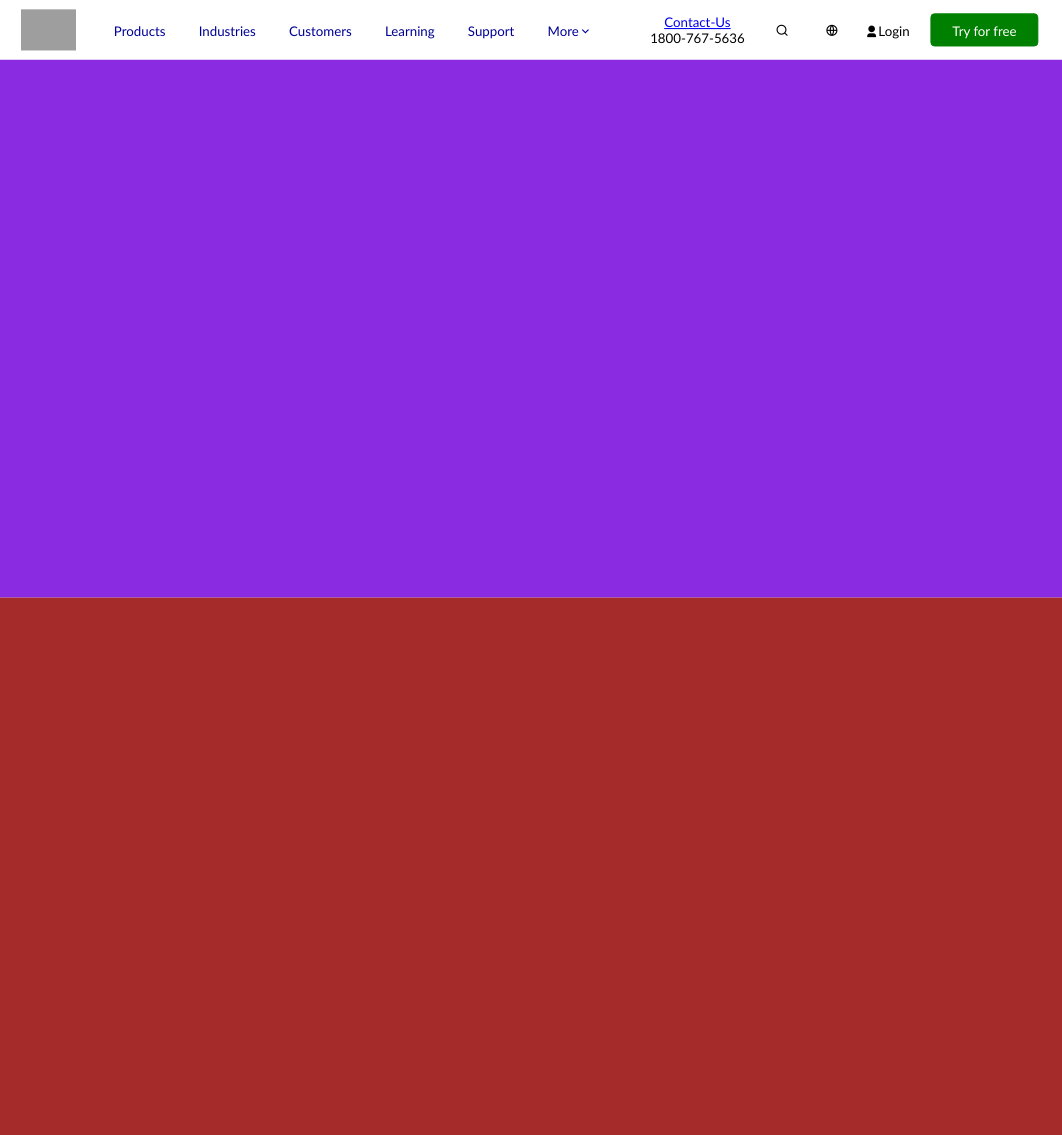
Repository: Chiranshukapil/html_css
Page: salesforce/index.html
An editor plug-in stored every save of this project. The page is shown before and after the next save, followed by the edit.
The browser window is 1280 px wide. The pictures show the whole page, at 83% of full size.
Pictures or frames that could not be fetched are drawn as grey boxes.

Above is the page before, as saved 2024-06-09 23:48:10.

### salesforce/index.html
<!DOCTYPE html>
<html lang="en">
    <head>
        <meta charset="UTF-8">
        <meta name="viewport" content="width=device-width, initial-scale=1.0">
        <title>Salesforce</title>
        <link rel="stylesheet" href="style.css">
        <link href="https://cdn.jsdelivr.net/npm/remixicon@4.2.0/fonts/remixicon.css" rel="stylesheet" />
    </head>
    <body>
        <div id="main">
            <div id="header">
                <div id="logo">
                    <img src="https://a.sfdcstatic.com/shared/images/c360-nav/salesforce-with-type-logo.svg" >
                </div>
                <div class="texts"><p>Products</p></div>
                <div class="texts"><p>Industries</p></div>
                <div class="texts"><p>Customers</p></div>
                <div class="texts"><p>Learning</p></div>
                <div class="texts"><p>Support</p></div>
                <div class="texts">
                    <p>More</p>
                    <p><i class="ri-arrow-down-s-line"></i></p>
                </div>
                <div id="contact">
                    <a  href="https://www.google.com/"><u>Contact-Us</u></a>
                    <p>1800-767-5636</p>
                </div>
                <div id="icon1" class="icon"><i class="ri-search-line"></i></div>
                <div class="icon"><i class="ri-global-line"></i></div>
                <div id="login">
                    <p><i class="ri-user-3-fill"></i></p>
                    <p>Login</p>
                </div>
                <div id="try">Try for free</div>
            </div>
            <div id="fakeheader"></div>
            <div id="page1"></div>
            <div id="page2"></div>
        </div>
    </body>
</html>

### salesforce/style.css
*{
    margin: 0%;
    padding: 0%;
    box-sizing: border-box;
    font-family: 'Gill Sans MT';
}

html,body{
    height: 100%;
    width: 100%;

}

#main{
    height: 100%;
    width: 100%;

}

#header{
    height: 10%;
    width: 100%;
    position: fixed;
    display: flex;
    align-items: center;
    /* font-size: large; */
}

#logo{
    margin: 25px;
    height: 70%;
}

#logo img{
    width: 100%;
    height: 100%;
}

#contact{
    text-align: center;
    margin-left: 50px;

}

.icon{
    width: 30px;
    height: 30px;
    display: flex;
    align-items: center;
    justify-content: center;
    /* border: 1px solid;
    border-radius: 50%; */
    margin-left: 30px;
}

.icon:hover{
    border: 1px solid rgb(188, 255, 255);
    border-radius: 50%;
    background-color:rgb(188, 255, 255);
}

#login{
    margin: 25px;
    display: flex;
}

#try{
    width: 130px;
    height: 40px ;
    color: white;
    display: flex;
    align-items: center;
    justify-content: center;
    background-color: green;
    border: 1px solid green;
    border-radius: 5px;
}

.texts{
    color: rgb(0, 0, 147);
    margin: 20px;
    display: flex;
}

.texts:hover{
    color: rgb(113, 113, 243);
}

#fakeheader{
    height: 10%;
    width: 100%;
}

#page1{
    height: 90%;
    width: 100%;
    background-color: blueviolet;
}
#page2{
    height: 90%;
    width: 100%;
    background-color: brown;
}

After the next save:
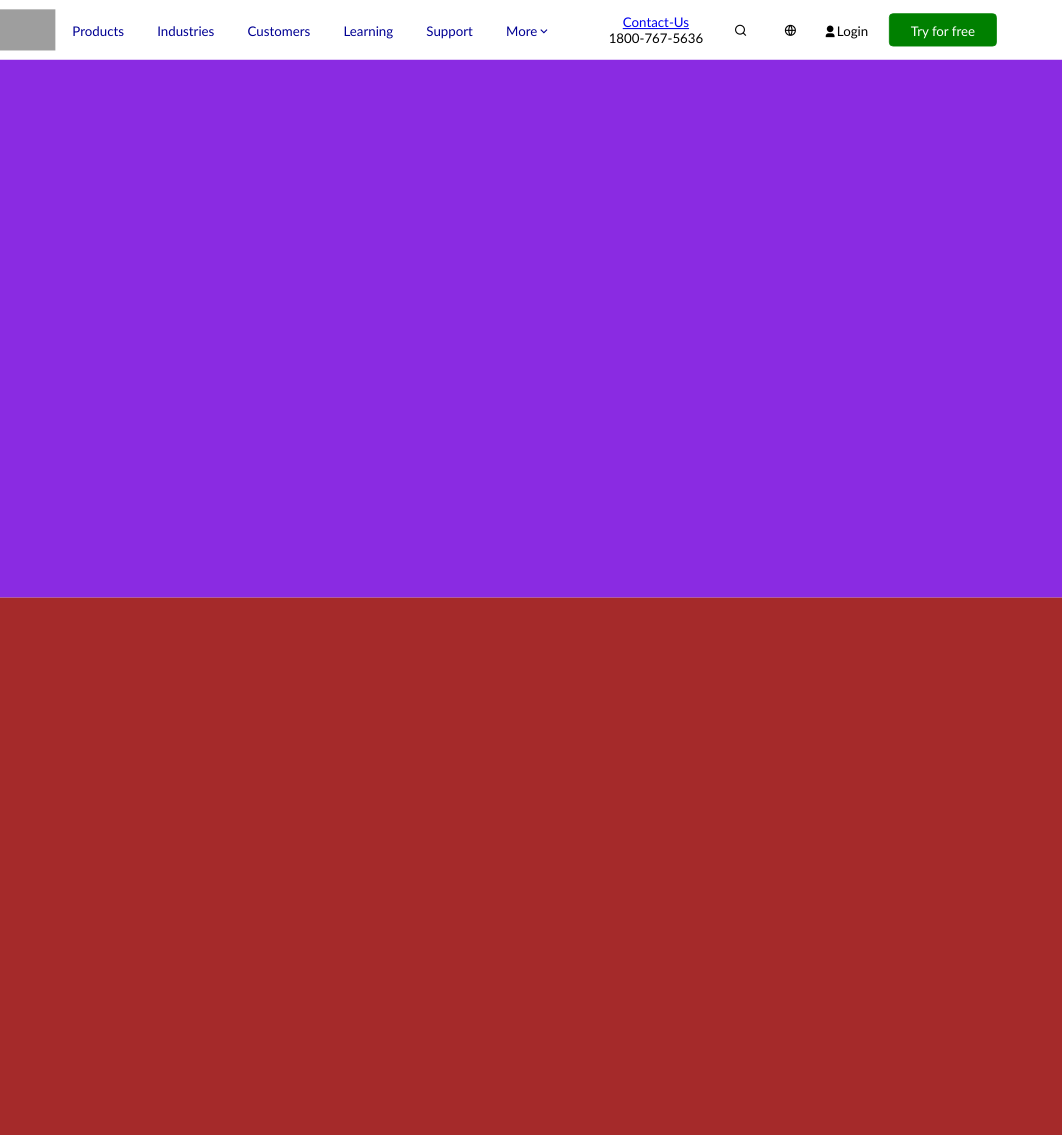
Saved 13 min 54 s later.
--- a/salesforce/style.css
+++ b/salesforce/style.css
@@ -27,7 +27,6 @@ html,body{
 }
 
 #logo{
-    margin: 25px;
     height: 70%;
 }
 
